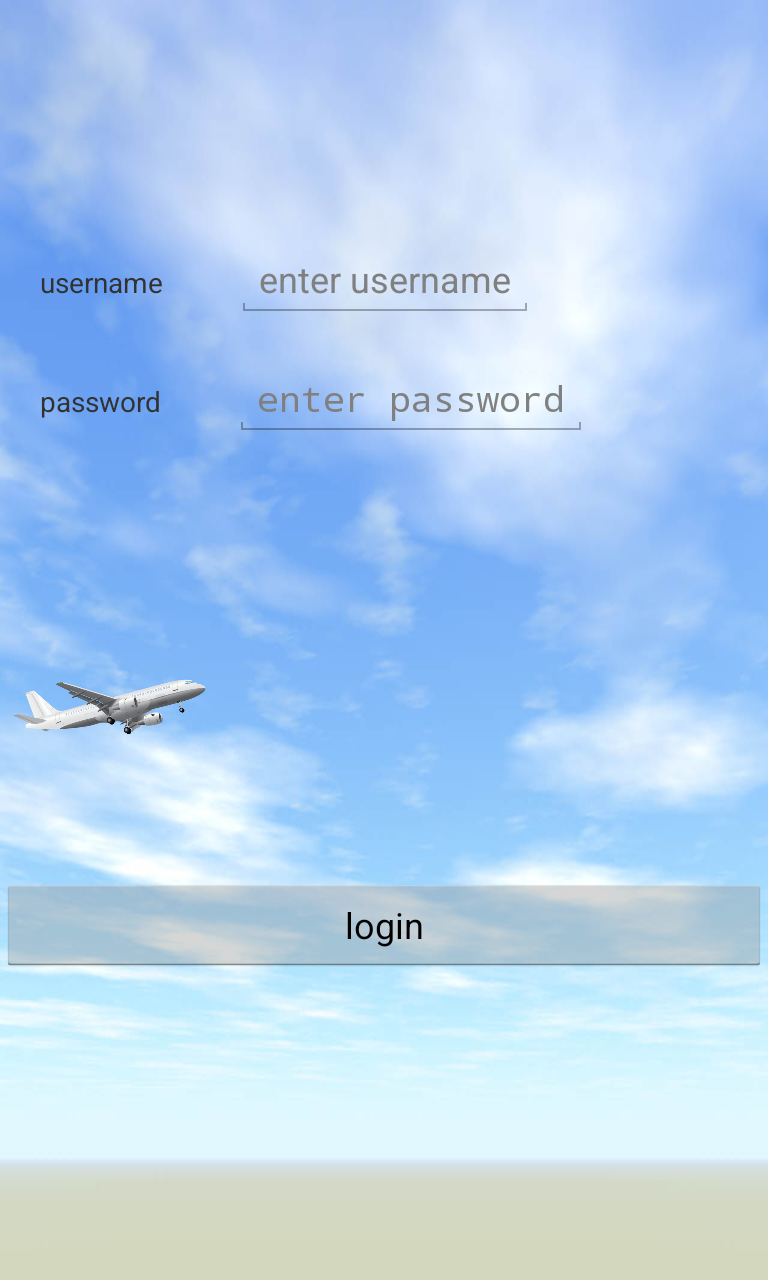
Repository: prernanain27/Android-Travel-Project
Layout: Itravel/res/layout/activity_finalproject.xml
These files come from the project's save history. The layout is drawn as it stood at one moment and after the next save; the edit follows.
It is drawn on a 768 x 1280 px phone screen (xhdpi) without system bars, with theme AppTheme; the app's code is not run.

Above is the layout before, as saved 2013-09-21 04:24:25.

### Itravel/res/layout/activity_finalproject.xml
<LinearLayout xmlns:android="http://schemas.android.com/apk/res/android"
    xmlns:tools="http://schemas.android.com/tools"
    android:layout_width="match_parent"
    android:layout_height="match_parent"
    android:orientation="vertical"
    android:background="@drawable/sky"
    >

<LinearLayout
    android:layout_height="wrap_content"
    android:layout_width="wrap_content"
    android:orientation="horizontal">


    <TextView
        android:id="@+id/tvusername"
        android:layout_width="wrap_content"
        android:layout_height="wrap_content"
        android:layout_marginTop="120dp"
        android:inputType="text"
        android:text="username"

        tools:ignore="NewApi"
        android:layout_marginLeft="20dp"
        />
     <TextView
        android:id="@+id/tv1"
        android:layout_width="wrap_content"
        android:layout_height="wrap_content"
        android:layout_marginTop="120dp"
        android:inputType="text"
        android:text="*"
        android:textColor="#ff0000"
        tools:ignore="NewApi"
        android:layout_marginLeft="20dp"
        android:visibility="invisible"
        />

    <EditText
        android:layout_height="wrap_content"
        android:layout_width="fill_parent"
        android:hint="enter username"
        android:id="@+id/etusername"
         android:layout_marginTop="120dp"
        android:layout_marginLeft="10dp"

        />
</LinearLayout>
<LinearLayout
    android:layout_height="wrap_content"
    android:layout_width="wrap_content"
    android:orientation="horizontal">
    <TextView
        android:layout_width="wrap_content"
        android:layout_height="wrap_content"
        android:text="password"
        android:id="@+id/tvpassword"
        android:layout_marginTop="20dp"

        tools:ignore="NewApi"
        android:inputType="text"
        android:layout_marginLeft="20dp"

        />
    <TextView
        android:id="@+id/tv2"
        android:layout_width="wrap_content"
        android:layout_height="wrap_content"
        android:layout_marginTop="120dp"
        android:inputType="text"
        android:text="*"

        tools:ignore="NewApi"
        android:layout_marginLeft="20dp"
        android:visibility="invisible"
        />
      <EditText
        android:layout_height="wrap_content"
        android:layout_width="fill_parent"
        android:hint="enter password"
        android:id="@+id/etpassword"
        android:layout_marginTop="20dp"
        android:layout_marginLeft="10dp"
        android:password="true"
        />
    </LinearLayout>
      <ImageView
        android:id="@+id/imageplane"
        android:layout_width="100dp"
        android:layout_height="100dp"
        android:layout_marginLeft="05dp"
        android:layout_marginTop="10dp"
        android:src="@drawable/plane" />
<Button
    android:layout_height="wrap_content"
    android:layout_width="fill_parent"
    android:id="@+id/btnlogin"
    android:text="login"
    android:textColor="@android:color/background_dark"
    android:layout_marginTop="30dp"
    />


</LinearLayout>

Loaded but not shown: Itravel/res/values-v11/styles.xml (common file); Itravel/res/values/styles.xml (common file)

After the next save:
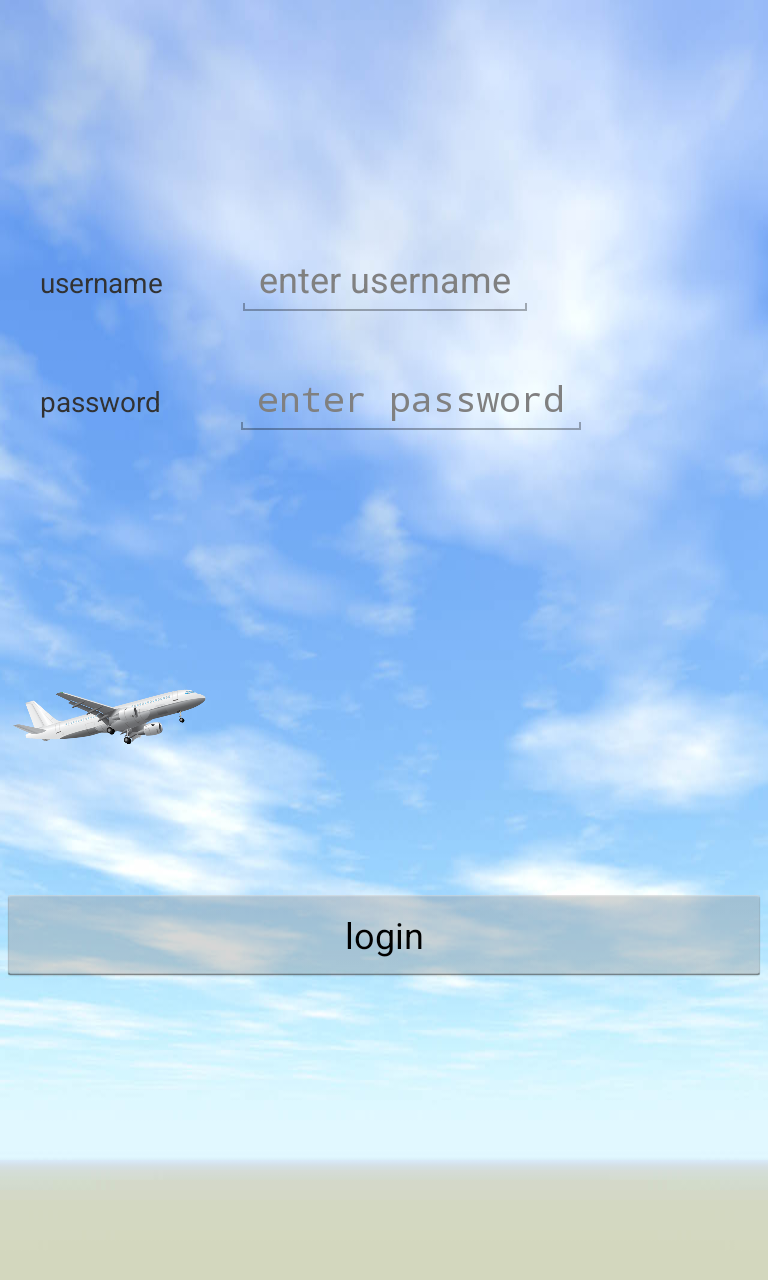
Saved 8 s later.
--- a/Itravel/res/layout/activity_finalproject.xml
+++ b/Itravel/res/layout/activity_finalproject.xml
@@ -89,7 +89,7 @@
         android:layout_width="100dp"
         android:layout_height="100dp"
         android:layout_marginLeft="05dp"
-        android:layout_marginTop="10dp"
+        android:layout_marginTop="15dp"
         android:src="@drawable/plane" />
 <Button
     android:layout_height="wrap_content"
